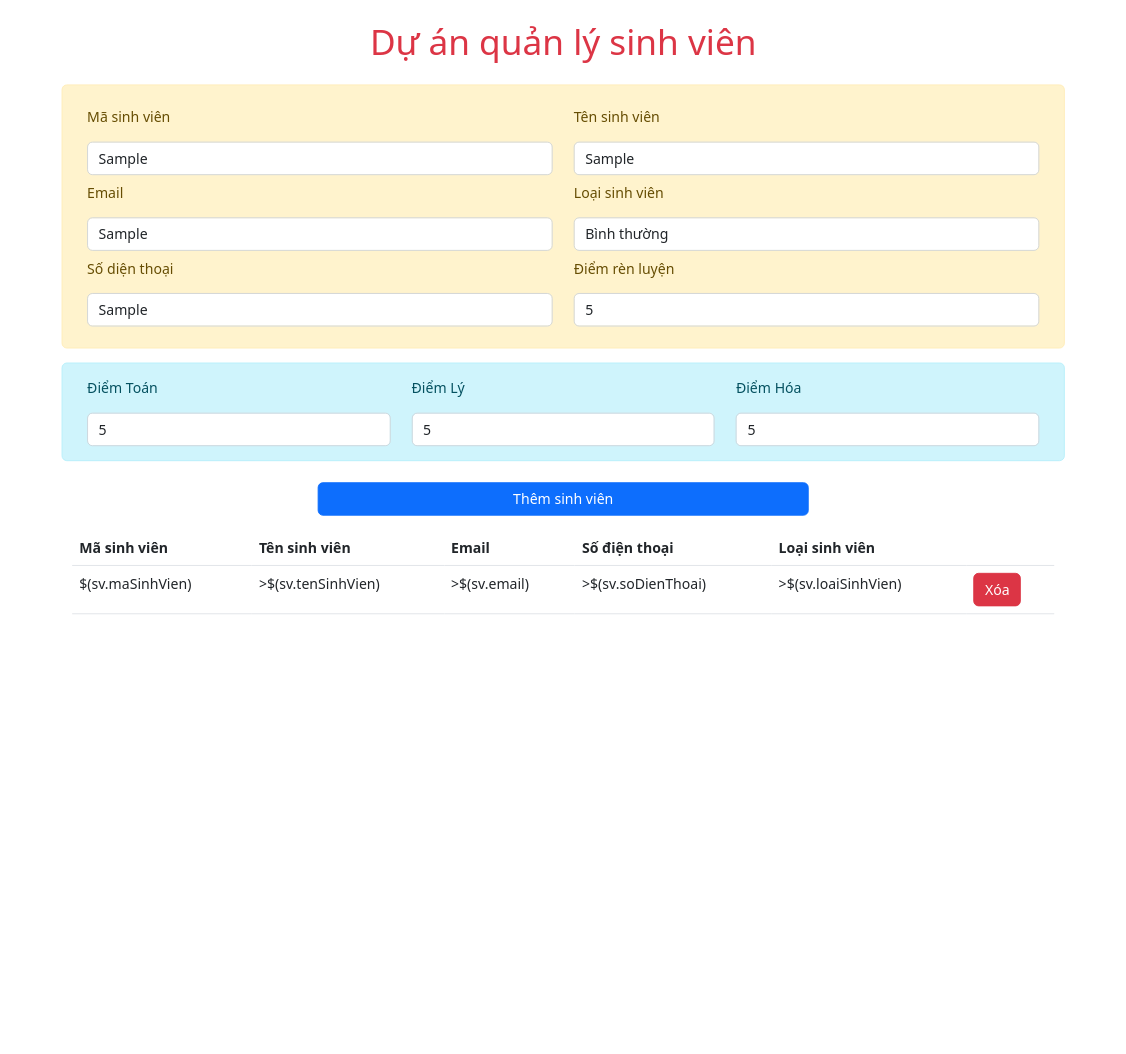
Repository: hcozyph/Cybersoft_JS_OOP
Page: index.html
These files come from the project's save history. The page is drawn as it stood at one moment and after the next save; the edit follows.
The browser window is 1280 px wide. The pictures show the whole page, at 88% of full size.
Empty fields were first filled with sample values (such as "Sample", 5 or name@example.com).
After loading, the first visible `#btnThemSinhVien` was clicked once.

Above is the page before, as saved 2023-02-26 10:39:01.

### index.html
<!DOCTYPE html>
<html lang="en">
    <head>
        <title>Quản lý sinh viên</title>
        <!-- Required meta tags -->
        <meta charset="utf-8" />
        <meta
            name="viewport"
            content="width=device-width, initial-scale=1, shrink-to-fit=no"
        />

        <!-- Bootstrap CSS v5.2.1 -->
        <link
            href="https://cdn.jsdelivr.net/npm/bootstrap@5.2.1/dist/css/bootstrap.min.css"
            rel="stylesheet"
            integrity="sha384-iYQeCzEYFbKjA/T2uDLTpkwGzCiq6soy8tYaI1GyVh/UjpbCx/TYkiZhlZB6+fzT"
            crossorigin="anonymous"
        />

        <!-- index.css -->
        <link rel="stylesheet" href="./assets/styles/index.css" />
    </head>

    <body>
        <div class="container" style="margin-bottom: 500px">
            <div class="title">
                <h3 class="text-center fs-1 text-danger my-4">
                    Dự án quản lý sinh viên
                </h3>
            </div>

            <div class="content">
                <div class="row alert alert-warning">
                    <div class="col-md-6 col-lg-6">
                        <div class="form-group my-2">
                            <p>Mã sinh viên</p>
                            <input class="form-control" id="maSinhVien"></input>
                        </div>

                        <div class="form-group my-2">
                            <p>Email</p>
                            <input class="form-control" id="email"></input>
                        </div>

                        <div class="form-group my-2">
                            <p>Số diện thoại</p>
                            <input class="form-control" id="soDienThoai"></input>
                        </div>
                    </div>

                    <div class="col-md-6 col-lg-6">
                        <div class="form-group my-2">
                            <p>Tên sinh viên</p>
                            <input class="form-control" id="tenSinhVien"></input>
                        </div>

                        <div class="form-group my-2">
                            <p>Loại sinh viên</p>
                            <select class="form-control" id="loaiSinhVien">
                                <option value="Bình thường">Bình thường</option>
                                <option value="Khó khăn">Khó khăn</option>
                            </select>
                        </div>

                        <div class="form-group my-2">
                            <p>Điểm rèn luyện</p>
                            <input type="number" class="form-control" id="diemRenLuyen">
                        </div>
                    </div>
                </div>

                <div class="alert alert-info row mt-2">
                    <div class="col-md-4">
                        <p>Điểm Toán</p>
                        <input type="number" id="diemToan" class="form-control" >
                    </div>
                    <div class="col-md-4">
                        <p>Điểm Lý</p>
                        <input type="number" id="diemLy" class="form-control" >
                    </div>
                    <div class="col-md-4">
                        <p>Điểm Hóa</p>
                        <input type="number" id="diemHoa" class="form-control" >
                    </div>
                </div>

                <div class="my-2 text-center">
                    <button class="btn btn-primary my-2 w-50 w-lg-25" id="btnThemSinhVien">Thêm sinh viên</button>
                </div>

                <table class="table mt-2">
                    <thead>
                        <tr style="    vertical-align: baseline">
                            <th>Mã sinh viên</th>
                            <th>Tên sinh viên</th>
                            <th>Email</th>
                            <th>Số điện thoại</th>
                            <th>Loại sinh viên</th>
                            <th></th>
                        </tr>
                    </thead>

                    <tbody id="tblSinhVien">
                        <!-- <td>
                            <tr></tr>
                            <tr></tr>
                        </td> -->
                    </tbody>
                </table>

            </div>
        </div>

        <!-- Bootstrap JavaScript Libraries -->
        <script
            src="https://cdn.jsdelivr.net/npm/@popperjs/core@2.11.6/dist/umd/popper.min.js"
            integrity="sha384-oBqDVmMz9ATKxIep9tiCxS/Z9fNfEXiDAYTujMAeBAsjFuCZSmKbSSUnQlmh/jp3"
            crossorigin="anonymous"
        ></script>

        <script
            src="https://cdn.jsdelivr.net/npm/bootstrap@5.2.1/dist/js/bootstrap.min.js"
            integrity="sha384-7VPbUDkoPSGFnVtYi0QogXtr74QeVeeIs99Qfg5YCF+TidwNdjvaKZX19NZ/e6oz"
            crossorigin="anonymous"
        ></script>

        <!-- models -->
        <script src="./models/SinhVien.js"></script>

        <!-- controller js -->
        <script src="./controllers/js/index.js"></script>
    </body>
</html>

### models/SinhVien.js
///--Đặt tên file -- Chữ cái đầu tiên VIẾT HOA

//---Định nghĩa prototype SinhVien

function SinhVien() {
    //input: sv: SinhVien
    this.maSinhVien = '';
    this.email = '';
    this.soDienThoai = '';
    this.tenSinhVien = '';
    this.loaiSinhVien = '';
    this.diemRenLuyen = '';

    this.diemToan = '';
    this.diemLy = '';
    this.diemHoa = '';


}

### controllers/js/index.js
////----MÔ HÌNH MVC
/*
    M [model]       -- nơi chứa các file js là prototype (class)
    V [view]        -- nơi chứa các file giao diện (.html)
    C [controller]  -- các file điều hướng giao diện (index.html => index.js, qlsp.html => qlsp.js)

    ---------------------------------------------------

    util    -- chứa các file dùng chung cho dự án (ví dụ: các method sử dụng ở các dự án trước, hoặc libs [thư viện js] )
    assets  -- là folder chứa tài nguyên của hệ thống (img, audio, viddeo, css, font,...)

*/

function getEle(n) {
    return document.getElementById(n);
}

function querySelector(n) {
    return document.querySelector(n);
}

getEle('btnThemSinhVien').onclick = function () {
    //input: sinhVien: SinhVien
    var sv = new SinhVien();
    console.log(sv)

    sv.maSinhVien = querySelector('#maSinhVien').value;
    sv.tenSinhVien = querySelector('#tenSinhVien').value;
    sv.email = querySelector('#email').value;
    sv.soDienThoai = querySelector('#soDienThoai').value;

    sv.loaiSinhVien = querySelector('#loaiSinhVien').value;
    sv.diemRenLuyen = querySelector('#diemRenLuyen').value;

    sv.diemToan = querySelector('#diemToan').value;
    sv.diemLy = querySelector('#diemLy').value;
    sv.diemHoa = querySelector('#diemHoa').value;

    //output:
    var htmlString = `
        <tr>
            <td>$(sv.maSinhVien)</td>
            <td>>$(sv.tenSinhVien)</td>
            <td>>$(sv.email)</td>
            <td>>$(sv.soDienThoai)</td>
            <td>>$(sv.loaiSinhVien)</td>
            <td>
                <button class="btn btn-danger">Xóa</button>
            </td>
        </tr>
    `;

    querySelector('tbody').innerHTML += htmlString;





    // /////////----------CÁCH 1 : LẬP TRÌNH HƯỚNG GIAO DIỆN-------------/////
    // //--Step 1: tạo thẻ tr
    // var tr = document.createElement('tr');

    // //--Step 2: tạo ra các thẻ td từ sv (thông tin sinh viên)
    // var tdMaSv = document.createElement('td');
    // tdMaSv.innerHTML = sv.maSinhVien;
    // var tdTenSinhVien = document.createElement('td');
    // tdTenSinhVien.innerHTML = sv.tenSinhVien;
    // var tdEmail = document.createElement('td');
    // tdEmail.innerHTML = sv.email;


    // var tdLoaiSinhVien = document.createElement('td');
    // tdLoaiSinhVien.innerHTML = sv.loaiSinhVien;
    // var tdSoDienThoai = document.createElement('td');
    // tdSoDienThoai.innerHTML = sv.soDienThoai;
    // var tdDiemRenLuyen = document.createElement('td');
    // tdDiemRenLuyen.innerHTML = sv.diemRenLuyen;


    // var tdDiemToan = document.createElement('td');
    // tdDiemToan.innerHTML = sv.diemToan;
    // var tdDiemLy = document.createElement('td');
    // tdDiemLy.innerHTML = sv.diemLy;
    // var tdDiemHoa = document.createElement('td');
    // tdDiemHoa.innerHTML = sv.diemHoa;

    // /////------btnXoa
    // var btnXoa = document.createElement('button');
    // btnXoa.className = 'btn btn-danger';
    // btnXoa.innerHTML = 'Xóa';
    // btnXoa.onclick = function () {
    //     //Xóa đi thẻ tr chứa nút này
    //     //parentElement: node(thẻ) cha của thẻ đó

    //     //----remove(): xóa thẻ
    //     // btnXoa.parentElement.parentElement.remove();----

    //     //closest(selector): truy xuất đến selector gần nhất
    //     btnXoa.closest('tr').remove();
    // }

    // var tdChucNang = document.createElement('td');
    // tdChucNang.appendChild(btnXoa);
    // /////End------btnXoa


    // //----ĐƯA CÁC THẺ TD VÀO TR
    // tr.appendChild(tdMaSv);
    // tr.appendChild(tdTenSinhVien);
    // tr.appendChild(tdEmail);

    // tr.appendChild(tdSoDienThoai);
    // tr.appendChild(tdLoaiSinhVien);
    // // tr.appendChild(tdDiemRenLuyen);

    // // tr.appendChild(tdDiemToan);
    // // tr.appendChild(tdDiemLy);
    // // tr.appendChild(tdDiemHoa);

    // tr.appendChild(tdChucNang);

    // //Đưa thẻ tr lên giao diện
    // querySelector('tbody').appendChild(tr);
}

Loaded but not shown: assets/styles/index.css (no stored copy; drawn as an empty file)

After the next save:
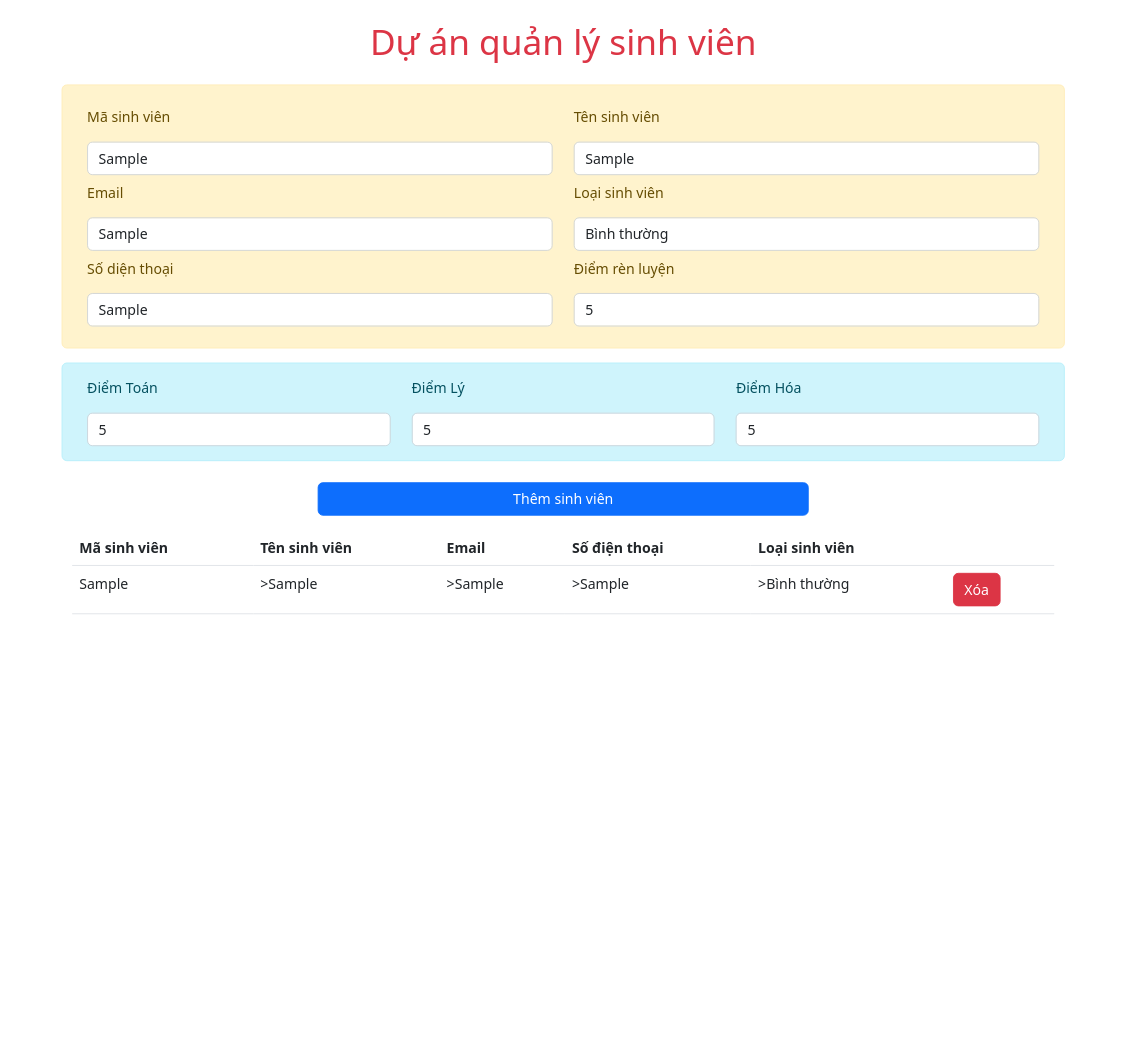
Saved 55 s later.
--- a/controllers/js/index.js
+++ b/controllers/js/index.js
@@ -39,11 +39,11 @@ getEle('btnThemSinhVien').onclick = function () {
     //output:
     var htmlString = `
         <tr>
-            <td>$(sv.maSinhVien)</td>
-            <td>>$(sv.tenSinhVien)</td>
-            <td>>$(sv.email)</td>
-            <td>>$(sv.soDienThoai)</td>
-            <td>>$(sv.loaiSinhVien)</td>
+            <td>${sv.maSinhVien}</td>
+            <td>>${sv.tenSinhVien}</td>
+            <td>>${sv.email}</td>
+            <td>>${sv.soDienThoai}</td>
+            <td>>${sv.loaiSinhVien}</td>
             <td>
                 <button class="btn btn-danger">Xóa</button>
             </td>
